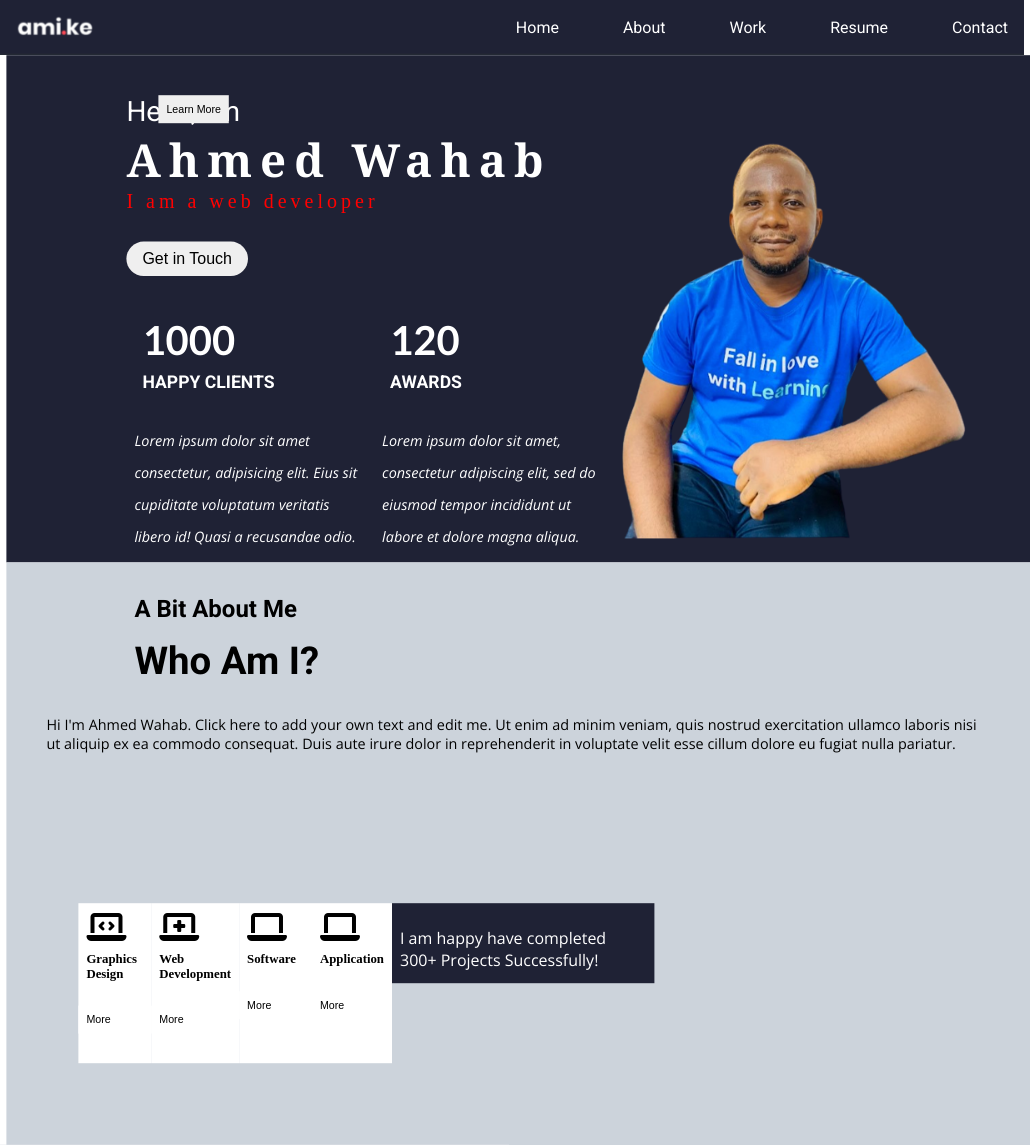
Repository: imokha01/HTML
Page: index.html
These files come from the project's save history. The page is drawn as it stood at one moment and after the next save; the edit follows.
The browser window is 1280 px wide. The page is 1288 px wide, so the pictures cover 1288 px, including what lies to the right of the window. The pictures show the whole page, at 80% of full size.

Above is the page before, as saved 2023-11-28 00:32:27.

After the next save:
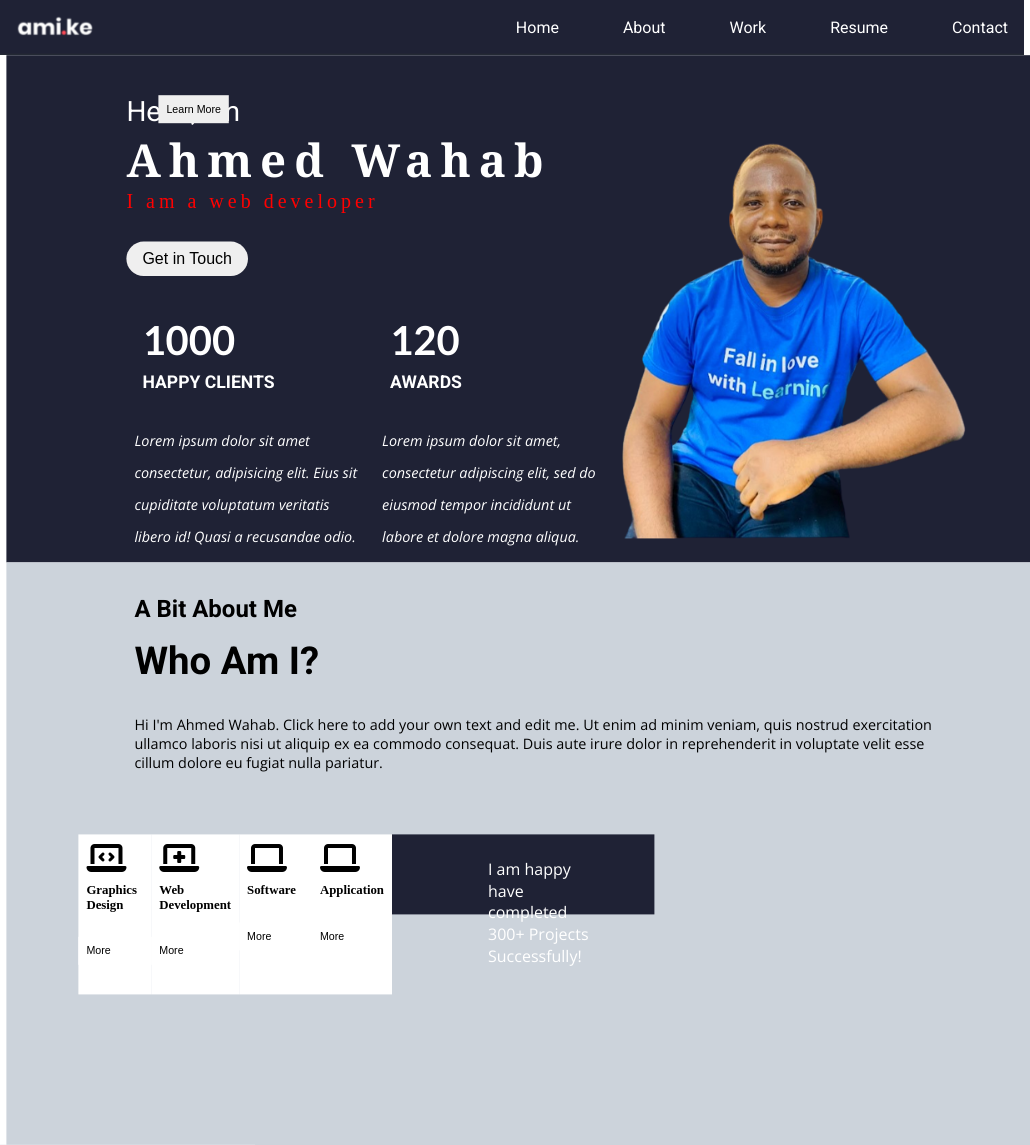
Saved 4 s later.
--- a/index.css
+++ b/index.css
@@ -230,7 +230,7 @@ padding: 40px;
 .about_page p {
   font-size: 18px;
   font-family: "Open Sans", sans-serif;
-  padding: 10px  10px 120px;
+  padding: 10px 60px 10px 120px;
 }
 
 .skill_container {
